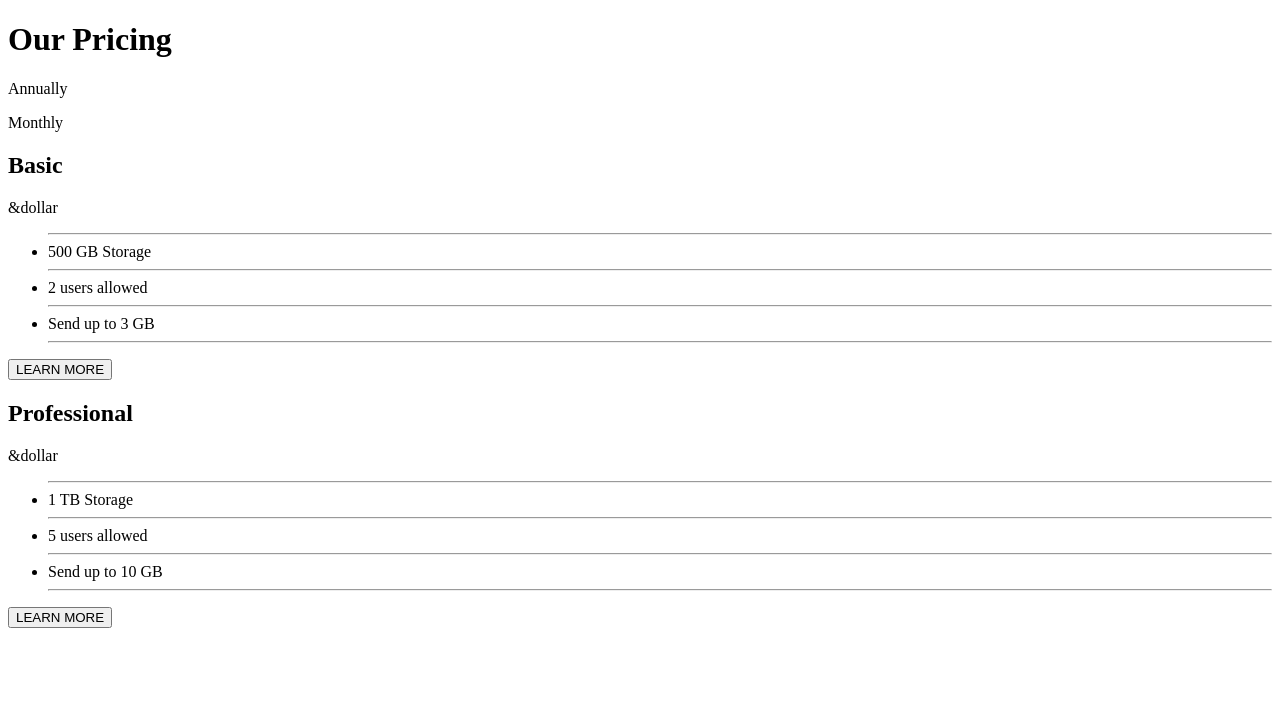
Repository: lah23500/Pricing-App
Page: Price landing page/index.html
The author's editor kept a copy of each file at every save. The page is drawn from the files as they stood at one save, then again after the next save.
The browser window is 1280 px wide. The pictures show the whole page.

Above is the page before, as saved 2024-01-19 14:02:09.

After the next save:
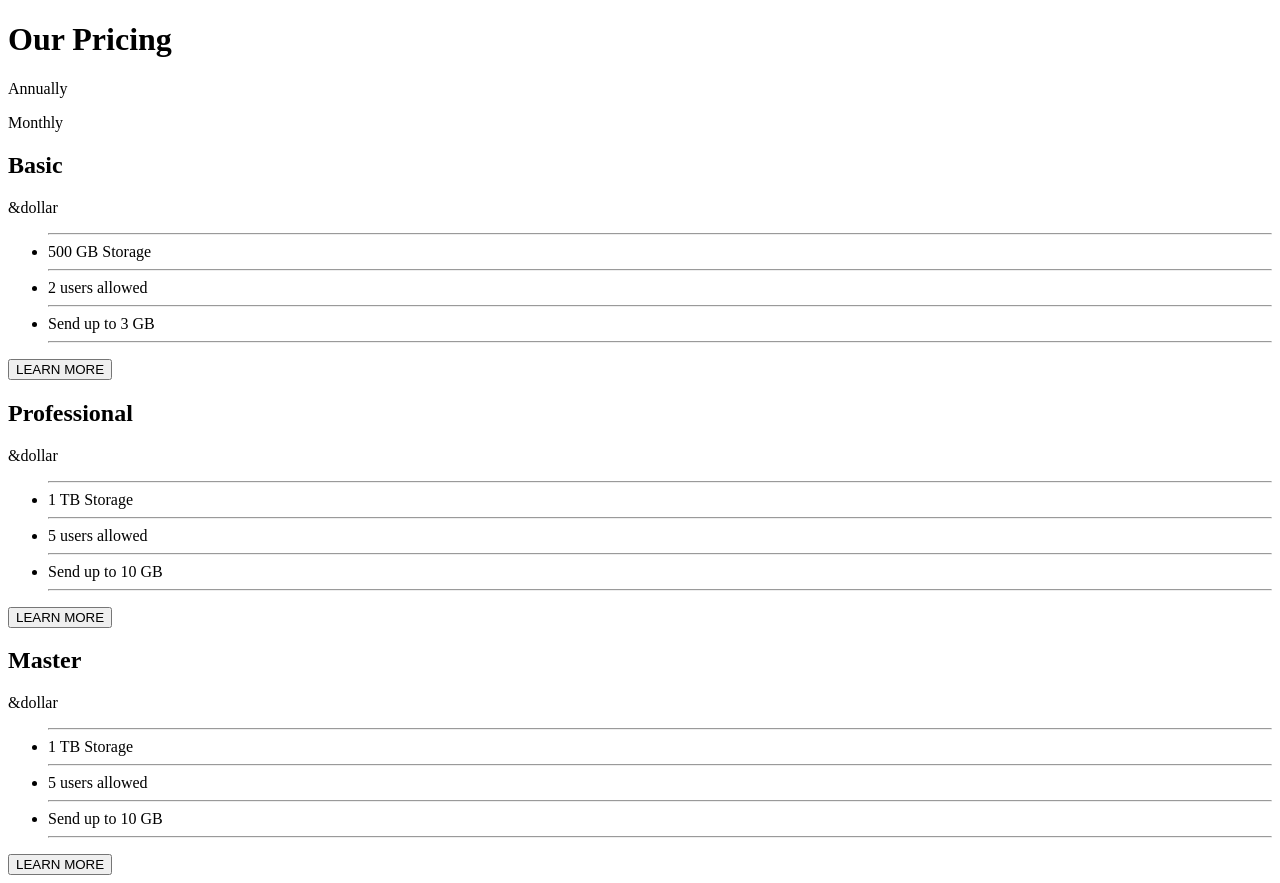
Saved 41 s later.
--- a/Price landing page/index.html
+++ b/Price landing page/index.html
@@ -44,6 +44,20 @@
         <hr />
       </ul>
       <button>LEARN MORE</button>
+
+      <h2>Master</h2>
+
+      <p>&dollar</p>
+      <ul>
+        <hr />
+        <li>1 TB Storage</li>
+        <hr />
+        <li>5 users allowed</li>
+        <hr />
+        <li>Send up to 10 GB</li>
+        <hr />
+      </ul>
+      <button>LEARN MORE</button>
     </main>
   </body>
 </html>
